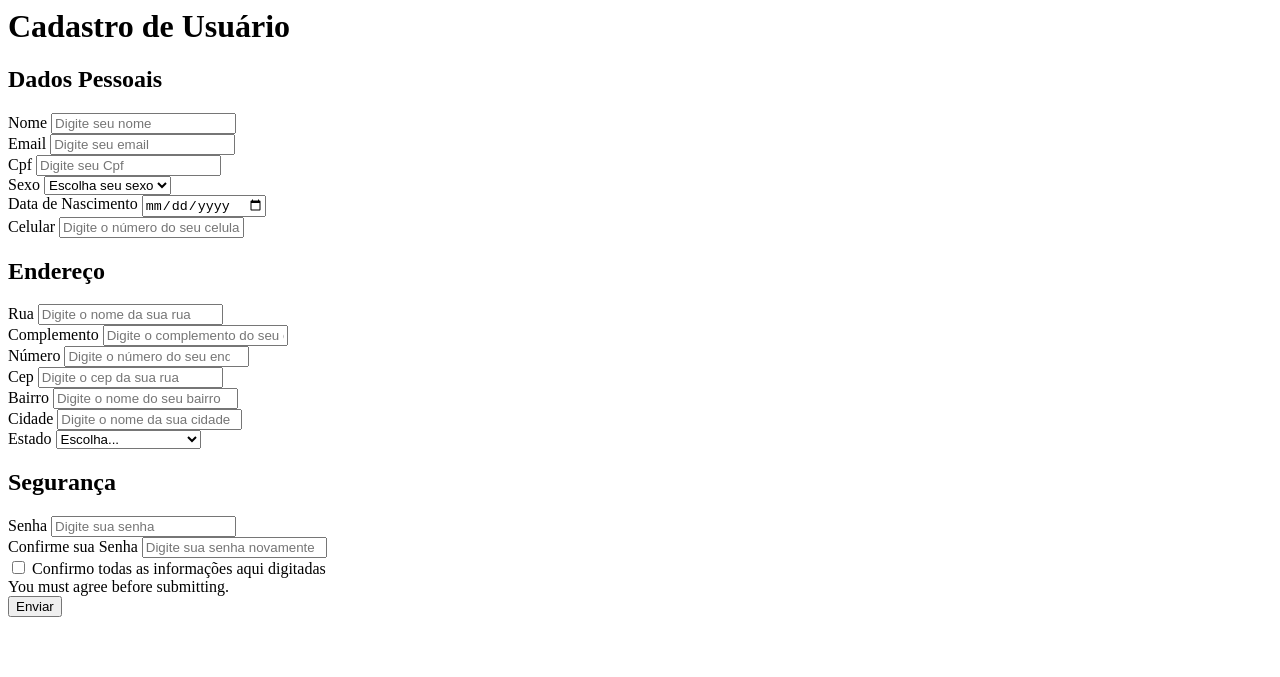
Repository: formatech2018/BRUNNO-S-FILMES
Page: sistema.filmes/src/main/webapp/resources/html/cadastro.html
An editor plug-in stored every save of this project. The page is shown before and after the next save, followed by the edit.
The browser window is 1280 px wide. The pictures show the whole page.

Above is the page before, as saved 2018-08-06 00:04:10.

After the next save:
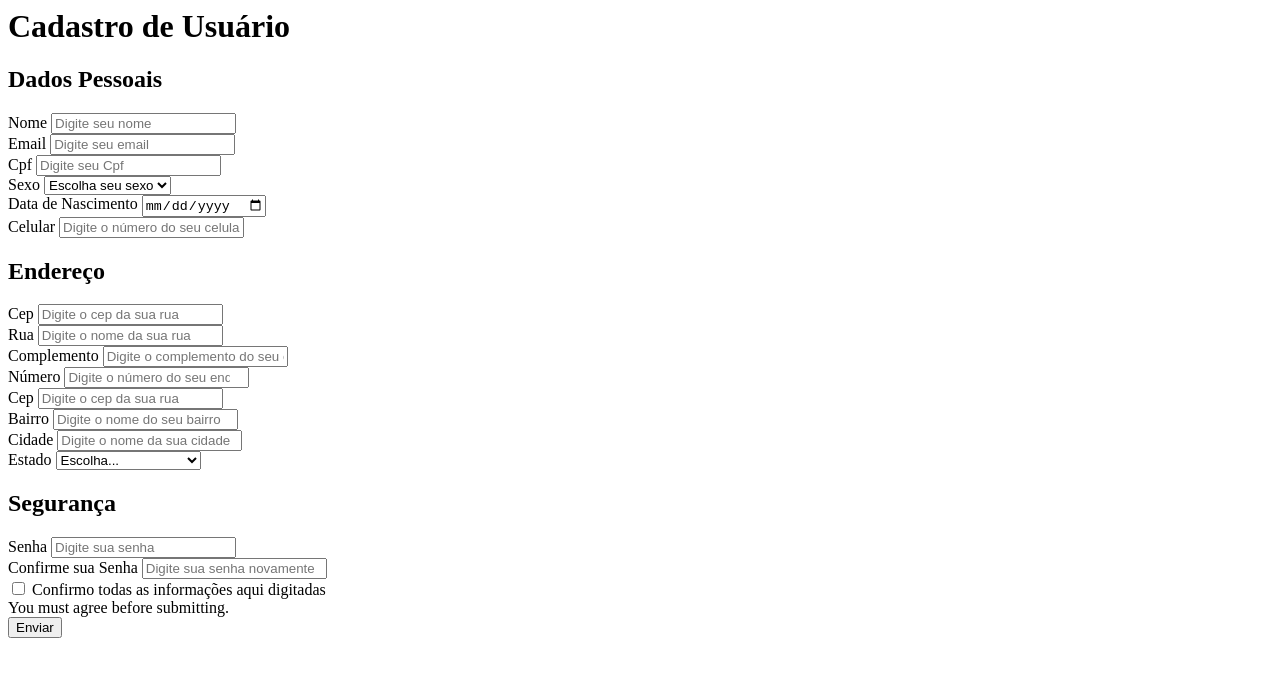
Saved 47 s later.
--- a/sistema.filmes/src/main/webapp/resources/html/cadastro.html
+++ b/sistema.filmes/src/main/webapp/resources/html/cadastro.html
@@ -49,6 +49,14 @@
 
 	<div id="endereco">
 		<h2 id="titulo-endereco">Endereço</h2>
+	</div>
+
+	<div class="row">
+		<div class="col">
+			<label for="colFormLabel" class="col-sm-2 col-form-label">Cep</label>
+			<input type="text" id="cep" name="cep" class="form-control"
+				placeholder="Digite o cep da sua rua">
+		</div>
 	</div>
 
 	<div class="row">
